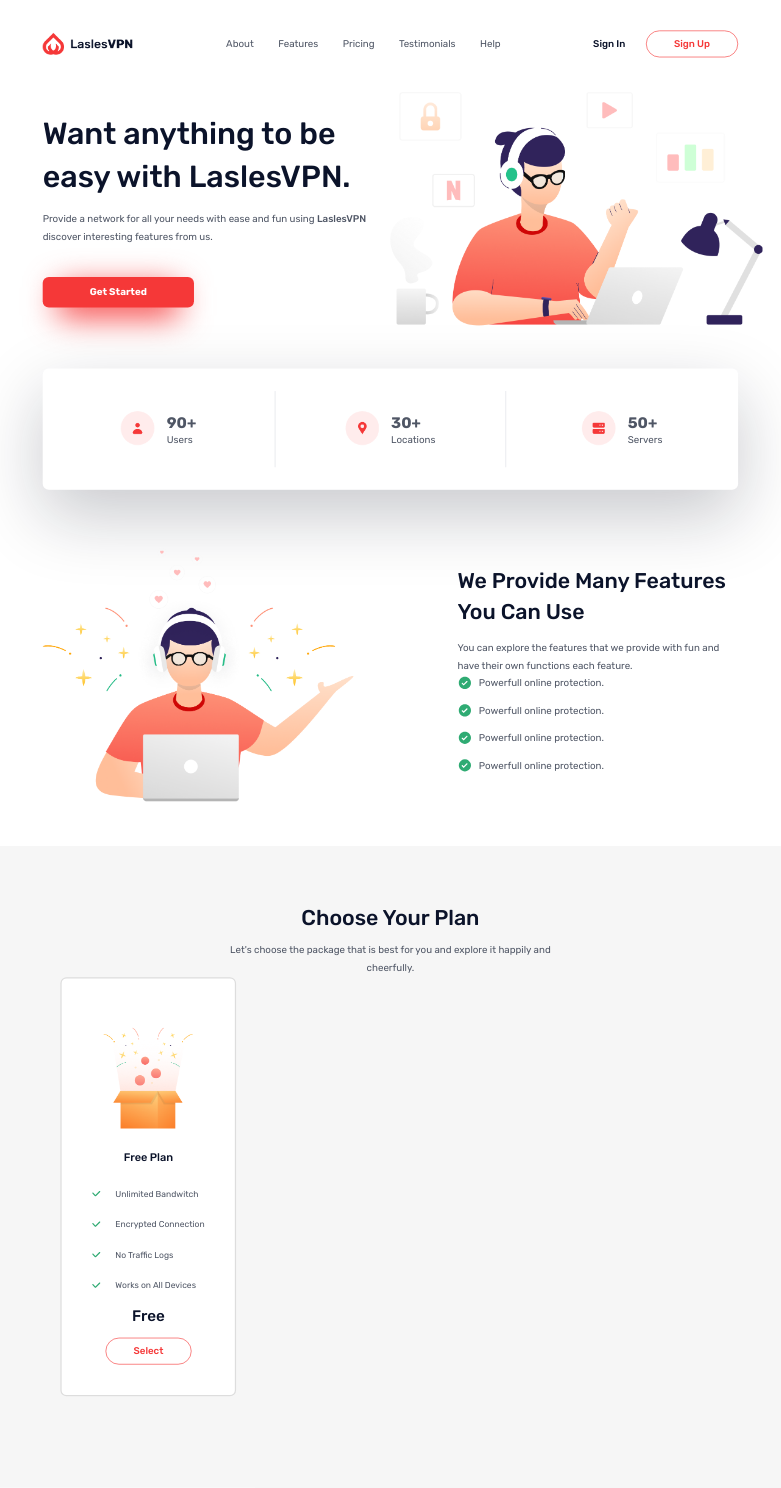
Repository: PhamTrungNguyen/LuyenTap
Page: LT_Figma/index.html
An editor plug-in stored every save of this project. The page is shown before and after a run of saves, followed by the edit.
The browser window is 1280 px wide. The pictures show the whole page, at 61% of full size.
Some web libraries are served in a nearby version. The style sheet was rebuilt from its Sass, Less or Tailwind sources for each picture, by a compiler version that may differ from the author's.

Above is the page before, as saved 2021-12-08 22:41:43.
Console error: TypeError: Cannot read properties of null (reading 'addEventListener')

After the next 2 saves:
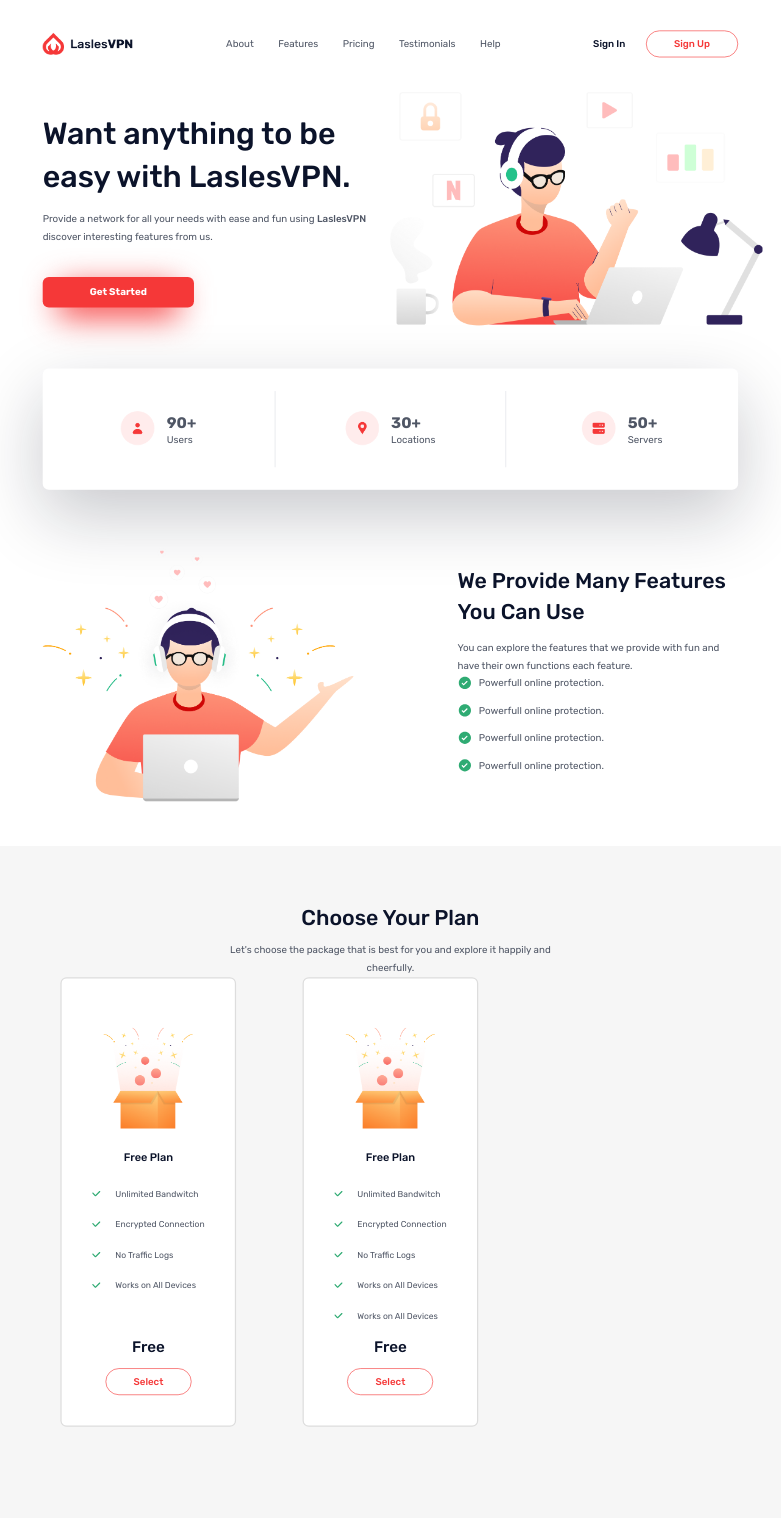
The 2 saves are shown as one change because they came seconds apart.
The last was saved 8 s later.
--- a/LT_Figma/index.html
+++ b/LT_Figma/index.html
@@ -165,6 +165,36 @@
                <h2 class="plan-item_free">Free</h2>
                <a href="#" class="button button--outline">Select</a>
              </div>
+             <div class="plan-item">
+               <div class="plan-item_image">
+                 <img srcset="./images/plan.png 2x" alt="">
+               </div>
+               <h3 class="plan-item_title">Free Plan</h3>
+               <ul class="plan-item--list">
+                 <li class="plan-item_text">
+                   <img src="./images/icon-check-line.svg" alt="" class="plan-item_icon">
+                   <span class="plan-item_desc">Unlimited Bandwitch</span>
+                 </li>
+                 <li class="plan-item_text">
+                   <img src="./images/icon-check-line.svg" alt="" class="plan-item_icon">
+                   <span class="plan-item_desc">Encrypted Connection</span>
+                 </li>
+                 <li class="plan-item_text">
+                   <img src="./images/icon-check-line.svg" alt="" class="plan-item_icon">
+                   <span class="plan-item_desc">No Traffic Logs</span>
+                 </li>
+                 <li class="plan-item_text">
+                   <img src="./images/icon-check-line.svg" alt="" class="plan-item_icon">
+                   <span class="plan-item_desc">Works on All Devices</span>
+                 </li>
+                 <li class="plan-item_text">
+                   <img src="./images/icon-check-line.svg" alt="" class="plan-item_icon">
+                   <span class="plan-item_desc">Works on All Devices</span>
+                 </li>
+               </ul>
+               <h2 class="plan-item_free">Free</h2>
+               <a href="#" class="button button--outline">Select</a>
+             </div>
 
 
 
